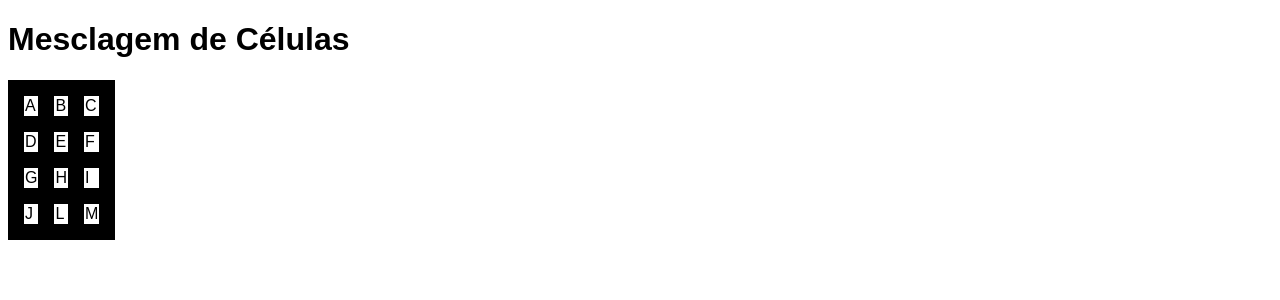
Repository: ClaytonEduard/cursoemvideo
Page: html-css/ex023/tabela003.html
The author's editor kept a copy of each file at every save. The page is drawn from the files as they stood at one save, then again after the next save.
The browser window is 1280 px wide. The pictures show the whole page.

Above is the page before, as saved 2022-12-08 16:45:59.

After the next save:
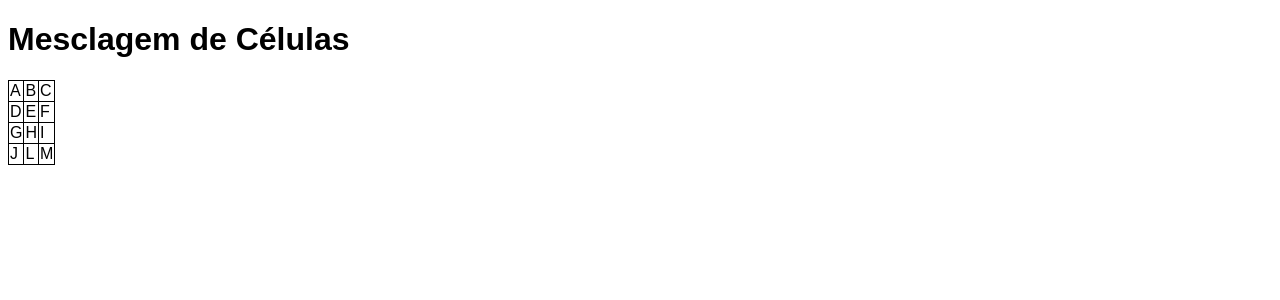
Saved 14 s later.
--- a/html-css/ex023/tabela003.html
+++ b/html-css/ex023/tabela003.html
@@ -14,7 +14,7 @@
             border-collapse:collapse;
         }
         td{
-            border: 1pc solid black;
+            border: 1px solid black;
         }
     </style>
 </head>
